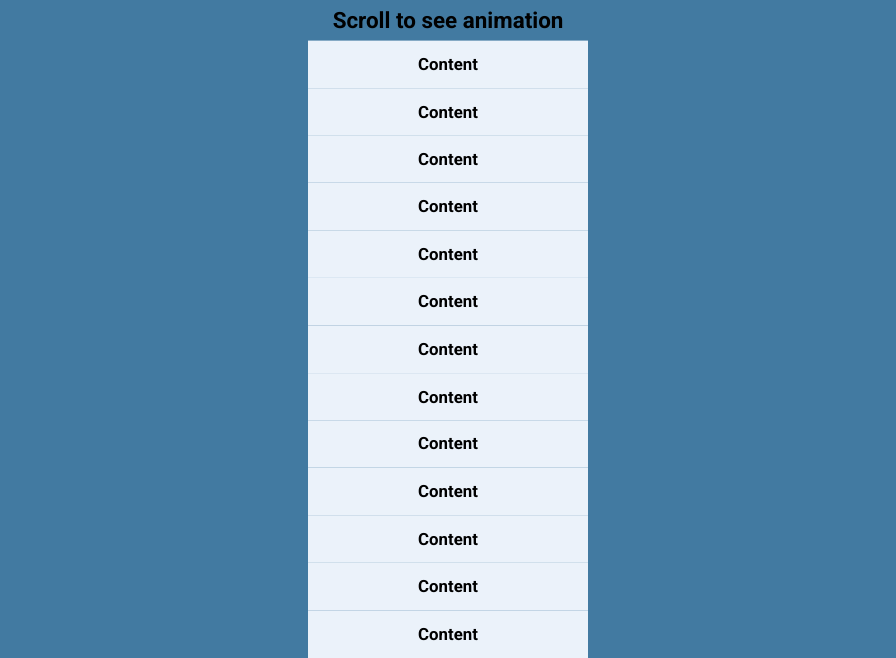
Repository: thecoachanna/scroll-animation
Page: index.html
An editor plug-in stored every save of this project. The page is shown before and after a run of saves, followed by the edit.
The browser window is 1280 px wide. The pictures show the part of the page from y = 0 to 1920 px (the page is 940 px tall before and 2658 px after), at 70% of full size.
Some web fonts or font styles are not loaded; a fallback is used.

Above is the page before, as saved 2023-02-20 12:48:46.

### index.html
<!DOCTYPE html>
<html lang="en">
<head>
    <meta charset="UTF-8">
    <meta http-equiv="X-UA-Compatible" content="IE=edge">
    <meta name="viewport" content="width=device-width, initial-scale=1.0">
    <link rel="stylesheet" href="style.css">
    <title>Scroll Animation</title>
</head>
<body>
    <h1>Scroll to see animation</h1>
    <div class="box"><h2>Content</h2></div>
    <div class="box"><h2>Content</h2></div>
    <div class="box"><h2>Content</h2></div>
    <div class="box"><h2>Content</h2></div>
    <div class="box"><h2>Content</h2></div>
    <div class="box"><h2>Content</h2></div>
    <div class="box"><h2>Content</h2></div>
    <div class="box"><h2>Content</h2></div>
    <div class="box"><h2>Content</h2></div>
    <div class="box"><h2>Content</h2></div>
    <div class="box"><h2>Content</h2></div>
    <div class="box"><h2>Content</h2></div>
    <div class="box"><h2>Content</h2></div>
    <script src="script.js"></script>
</body>
</html>

### style.css
@import url('https://fonts.googleapis.com/css2?family=Inter:wght@400;600;700&family=Lato:wght@100&family=Oswald:wght@700&family=Outfit&family=Poiret+One&family=Roboto:wght@400;700&display=swap');


* {
    box-sizing: border-box;
}

body {
    background-color: #427AA1;
    font-family: 'Roboto', sans-serif;
    display: flex;
    flex-direction: column;
    align-items: center;
    justify-content: center;
    margin: 0;
}

h1 {
    margin: 10px;
}

.box {
    background-color: #EBF2FA;
    color: charcoal;
    display: flex;
    align-items: center;
    justify-content: center;
    width: 400px;
    height: ;
}

Loaded but not shown: script.js (no copy from this time; the picture is the same without it)

After the next 2 saves:
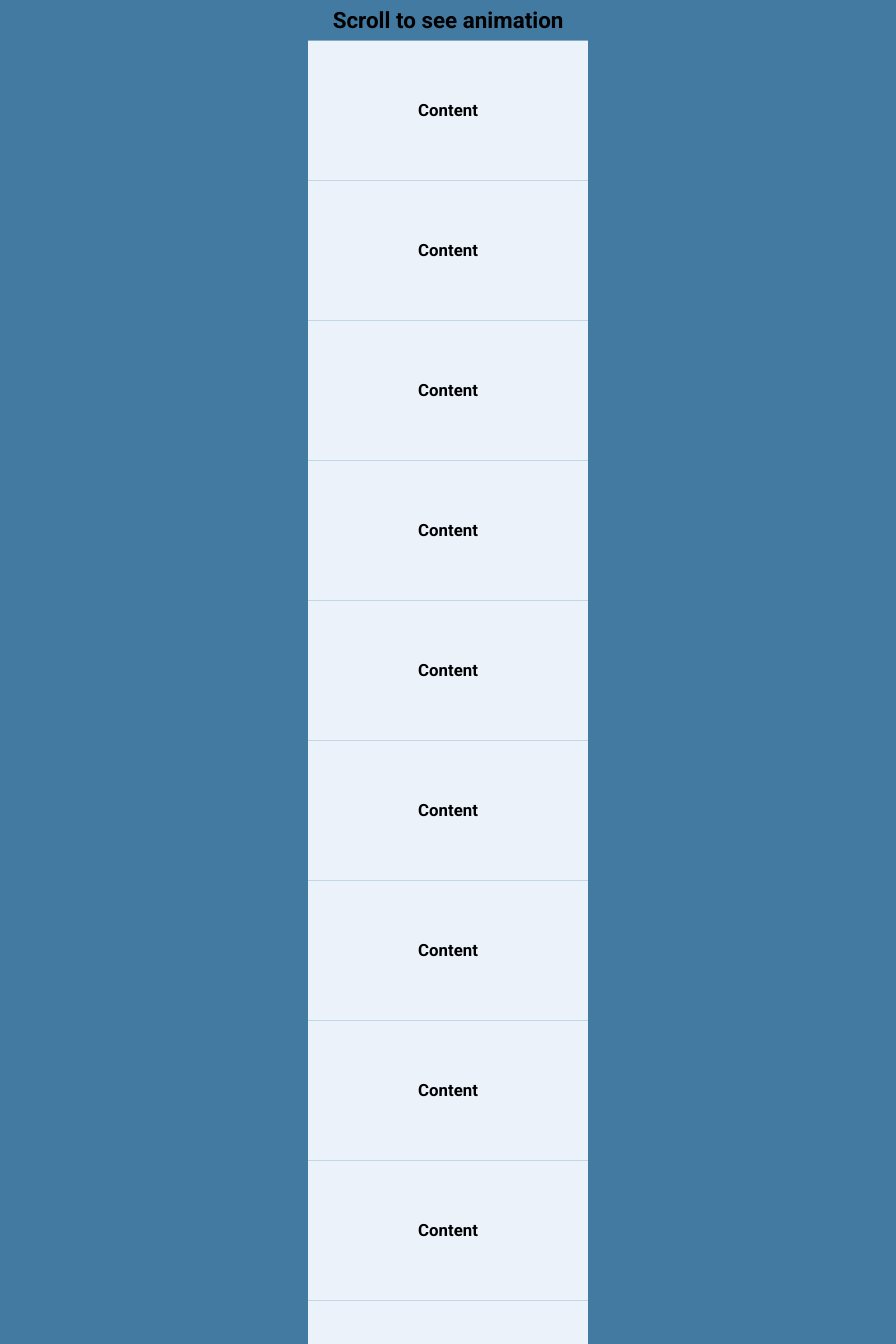
The 2 saves are shown as one change because they came seconds apart.
The last was saved 6 s later.
--- a/style.css
+++ b/style.css
@@ -26,5 +26,6 @@ h1 {
     align-items: center;
     justify-content: center;
     width: 400px;
-    height: ;
+    height: 200px;
+
 }
